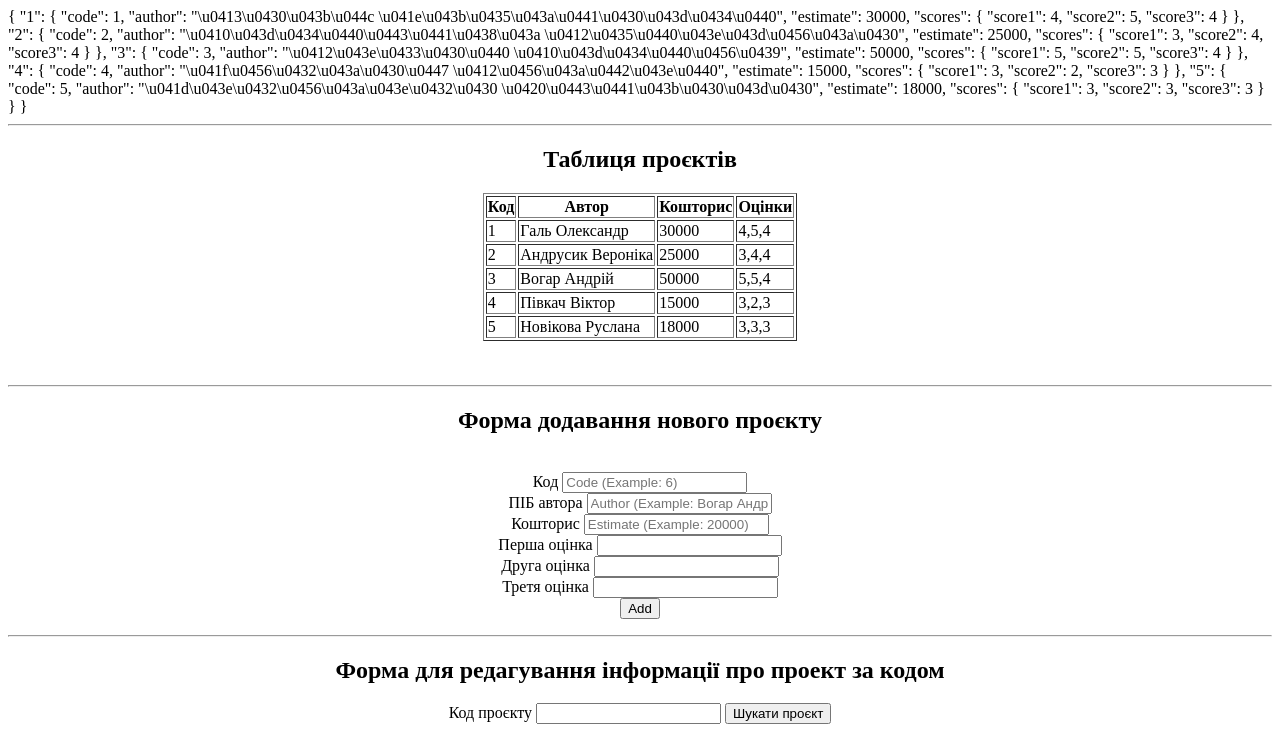
Repository: AndriyVohar/PHP-learn
Page: http://localhost/
The author's editor kept a copy of each file at every save. The page is drawn from the files as they stood at one save, then again after the next save.
The browser window is 1280 px wide. The pictures show the whole page.
The page is run by PHP 8.4 with error messages shown; the project is at /var/www/html/.

Above is the page before, as saved 2023-10-04 20:05:01.

### Lab-2/index.php
<?php
// $fp = fopen('projects-data.json','r');
// $projectsJSON = readfile('projects-data.json');
// var_dump($projectsJSON);
$projectsJSON = file_get_contents('projects-data.json');
$pr = json_decode($projectsJSON);
echo $projectsJSON;
$projects = [
    1=>[
        'code'=>1,
        'author'=>'Галь Олександр',
        'estimate'=>30000,
        'scores'=>[
            'score1'=>4,
            'score2'=>5,
            'score3'=>4,
        ],
    ],
    2=>[
        'code'=>2,
        'author'=>'Андрусик Вероніка',
        'estimate'=>25000,
        'scores'=>[
            'score1'=>3,
            'score2'=>4,
            'score3'=>4,
        ],
    ],
    3=>[
        'code'=>3,
        'author'=>'Вогар Андрій',
        'estimate'=>50000,
        'scores'=>[
            'score1'=>5,
            'score2'=>5,
            'score3'=>4,
        ],
    ],
    4=>[
        'code'=>4,
        'author'=>'Півкач Віктор',
        'estimate'=>15000,
        'scores'=>[
            'score1'=>3,
            'score2'=>2,
            'score3'=>3,
        ],
    ],
    5=>[
        'code'=>5,
        'author'=>'Новікова Руслана',
        'estimate'=>18000,
        'scores'=>[
            'score1'=>3,
            'score2'=>3,
            'score3'=>3,
        ],
    ],
];

// $fp = fopen('projects-data.json','w');
// fputs($fp,$projectJSON);
// fclose($fp);
$projectJSON = json_encode($projects);
file_put_contents('projects-data.json',$projectJSON);
//2. Вивести дані про об'єкти в таблицю.
include 'table.phtml';

//3. Підготувати функцію для вибору всіх елементів масиву, що відповідають запиту. Вивести їх в таблицю.
function filteredProjects($projects, $maxEstimate, $minSumScores){
    echo '
    <br><br>
    <h2>Відфільтрований список проектів</h2><br>
    <center>
    <table border="1">
        <tr>
        <th>Код</th>
        <th>Автор</th>
        <th>Кошторис</th>
        <th>Оцінки</th>
        </tr>
    ';
    foreach($projects as $project){
        if(($project['estimate']<=$maxEstimate)&&(($project['scores']['score1']+$project['scores']['score2']+$project['scores']['score3'])>=$minSumScores)){
            echo '<tr>
            <td>'.$project['code'].'</td>
            <td>'.$project['author'].'</td>
            <td>'.$project['estimate'].'</td>
            <td>'.$project['scores']['score1'].','
                .$project['scores']['score2'].','
                .$project['scores']['score3'].','.
            '</td>
            </tr>';
        }
    }
    echo '</table></center>';
}

// 4. Передбачити можливість передачі параметрів запиту через рядок стану (наприклад index.php?country=ukraine&min_age=18)
if(isset($_GET['max_estimate'])&&isset($_GET['min_sum_scores'])){
    $maxEstimate = intval($_GET['max_estimate']);
    $minSumScores = intval($_GET['min_sum_scores']);
    filteredProjects($projects,$maxEstimate,$minSumScores);
}

// 5. Створити форму для додавання нового об'єкту до масиву.
include 'form.phtml';
//Додавання об'єкту до масиву
if($_SERVER['REQUEST_METHOD']==='POST'&&isset($_POST['code'])){
    $code = $_POST['code'];
    $author = $_POST['author'];
    $estimate = $_POST['estimate'];
    $scores = $_POST['scores'];

    $projects[(int)$code] = [
        'code'=>$code,
        'author'=>$author,
        'estimate'=>$estimate,
        'scores'=>$scores,
    ];

    include 'table.phtml';
}

// 6. Створити форму редагування даних про об'єкт.
include 'form_change.phtml';
// 7. Перед редагуванням здійснити валідацію даних (ПІБ не може бути порожнім рядком, заробітна плата повинна бути невід'ємним числом, тощо).
if ($_SERVER["REQUEST_METHOD"] === "POST" && isset($_POST["edit-code"])) {
    $editCode = $_POST["edit-code"];
    $projectToEdit = $projects[(int)$editCode];

    if($projectToEdit){
        ?>
        <center>
        <form method="POST">
            <input type="hidden" name="edit-code" value="<?=$editCode; ?>">
            <label>
                ПІБ автора
                <input name="edit-author" type="text" id="edit-author" value="<?= $projectToEdit['author'];?>">
            </label><br>
            <label>
                Кошторис
                <input name="edit-estimate" type="number" id="edit-estimate" value="<?= $projectToEdit['estimate'];?>">
            </label><br>
            <label>
                Перша оцінка
                <input name="edit-score1" type="number" id="edit-score1" value="<?= $projectToEdit['scores']['score1'];?>">
            </label><br>
            <label>
                Друга оцінка
                <input name="edit-score2" type="number" id="edit-score2" value="<?= $projectToEdit['scores']['score2'];?>">
            </label><br>
            <label>
                Третя оцінка
                <input name="edit-score3" type="number" id="edit-score3" value="<?= $projectToEdit['scores']['score3'];?>">
            </label><br>
            <button name="change-project" type="submit">Змінити дані</button>
        </form>
        </center>
        <?php

        //Валідація даних, а після цього запис у масив проектів
        if($_SERVER["REQUEST_METHOD"]==="POST"&&isset($_POST["edit-author"])){
            $editAuthor = $_POST["edit-author"];
            $editEstimate = $_POST["edit-estimate"];
            $editScore1=$_POST["edit-score1"];
            $editScore2=$_POST["edit-score2"];
            $editScore3=$_POST["edit-score3"];
            if($editAuthor===''||(int)$editEstimate<0||(int)$editScore1<0||(int)$editScore2<0||(int)$editScore3<0){
                return false;
            }
            $projects[(int)$editCode] = [
                'code'=>$editCode,
                'author'=>$editAuthor,
                'estimate'=>$editEstimate,
                'scores'=>[
                    'score1'=>$editScore1,
                    'score2'=>$editScore2,
                    'score3'=>$editScore3,
                ],
            ];
            include 'table.phtml';
        }
    }
}

### Lab-2/projects-data.json
{
	"1":
	{
		"code": 1,
		"author": "\u0413\u0430\u043b\u044c \u041e\u043b\u0435\u043a\u0441\u0430\u043d\u0434\u0440",
		"estimate": 30000,
		"scores":
		{
			"score1": 4,
			"score2": 5,
			"score3": 4
		}
	},
	"2":
	{
		"code": 2,
		"author": "\u0410\u043d\u0434\u0440\u0443\u0441\u0438\u043a \u0412\u0435\u0440\u043e\u043d\u0456\u043a\u0430",
		"estimate": 25000,
		"scores":
		{
			"score1": 3,
			"score2": 4,
			"score3": 4
		}
	},
	"3":
	{
		"code": 3,
		"author": "\u0412\u043e\u0433\u0430\u0440 \u0410\u043d\u0434\u0440\u0456\u0439",
		"estimate": 50000,
		"scores":
		{
			"score1": 5,
			"score2": 5,
			"score3": 4
		}
	},
	"4":
	{
		"code": 4,
		"author": "\u041f\u0456\u0432\u043a\u0430\u0447 \u0412\u0456\u043a\u0442\u043e\u0440",
		"estimate": 15000,
		"scores":
		{
			"score1": 3,
			"score2": 2,
			"score3": 3
		}
	},
	"5":
	{
		"code": 5,
		"author": "\u041d\u043e\u0432\u0456\u043a\u043e\u0432\u0430 \u0420\u0443\u0441\u043b\u0430\u043d\u0430",
		"estimate": 18000,
		"scores":
		{
			"score1": 3,
			"score2": 3,
			"score3": 3
		}
	}
}

### Lab-2/table.phtml
<?php
/** @var array $projects */
$projects;
?>

<hr>
<center>
<h2>Таблиця проєктів</h2>
<table border="1">
    <tr>
        <th>Код</th>
        <th>Автор</th>
        <th>Кошторис</th>
        <th>Оцінки</th>
    </tr>
    <?php foreach ($projects as $project): ?>
    <tr>
        <td><?= $project['code']; ?></td>
        <td><?= $project['author']; ?></td>
        <td><?= $project['estimate']; ?></td>
        <td><?= implode(',',$project['scores']); ?></td>
    </tr>
    <?php endforeach;?>
</table>
</center>

### Lab-2/form.phtml
<br><br>
<hr>
<center>
<h2>Форма додавання нового проєкту</h2><br>
<form method="POST">
    <label>
        Код
        <input type="number" id="code" name="code" placeholder="Code (Example: 6)">
    </label><br>
    <label>
        ПІБ автора
        <input type="text" id="author" name="author" placeholder="Author (Example: Вогар Андрій)">
    </label><br>
    <label>
        Кошторис
        <input type="number" id="estimate" name="estimate" placeholder="Estimate (Example: 20000)">
    </label><br>
    <label>
        Перша оцінка
        <input type="number" id="score1" name="scores[score1]">
    </label><br>
    <label>
        Друга оцінка
        <input type="number" id="score2" name="scores[score2]">
    </label><br>
    <label>
        Третя оцінка
        <input type="number" id="score3" name="scores[score3]">
    </label><br>
    <button type="submit">Add</button>
</form>
</center>

### Lab-2/form_change.phtml
<center>
<form method="POST">
    <hr>
    <h2>Форма для редагування інформації про проект за кодом</h2>

    <label>
        Код проєкту
        <input name="edit-code" type="text" id="edit-code">
    </label>
    <button type="submit">Шукати проєкт</button>
</form>
</center>

After the next save:
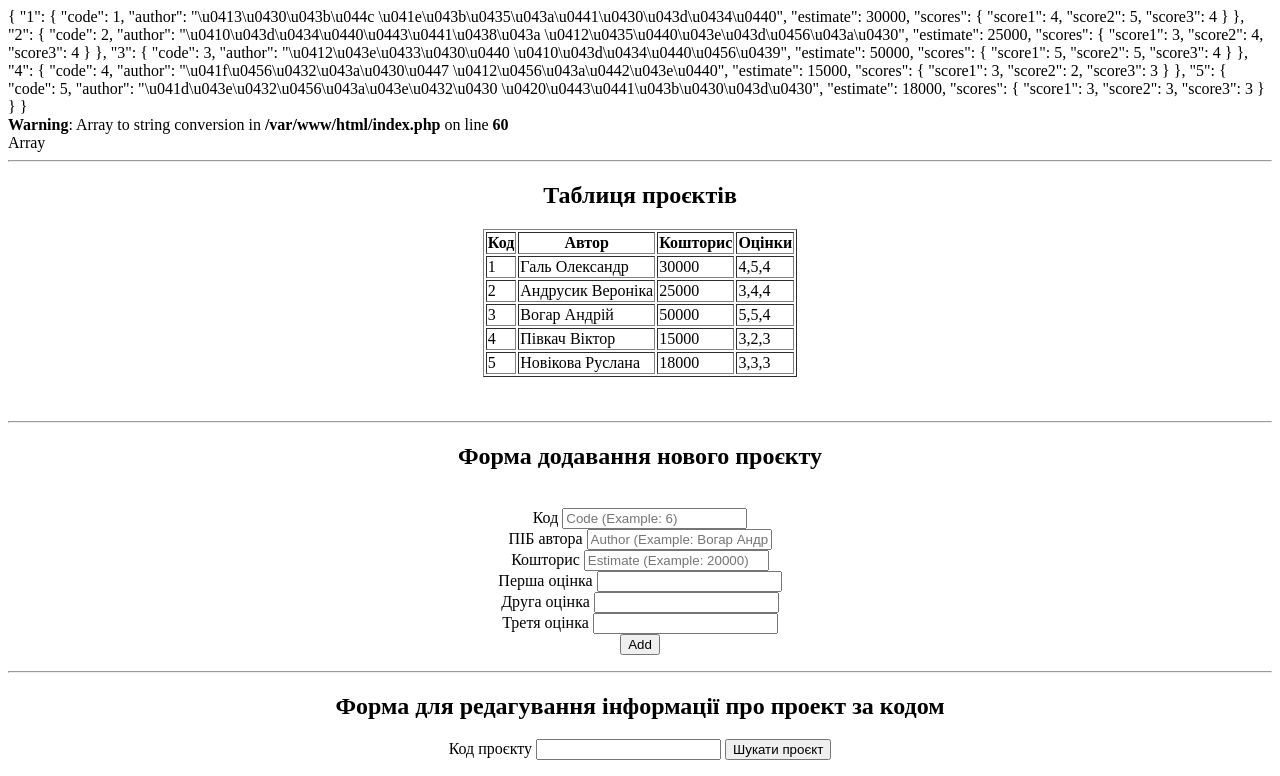
Saved 31 s later.
--- a/Lab-2/index.php
+++ b/Lab-2/index.php
@@ -57,7 +57,7 @@
         ],
     ],
 ];
-
+echo $projects;
 // $fp = fopen('projects-data.json','w');
 // fputs($fp,$projectJSON);
 // fclose($fp);

After the save that followed:
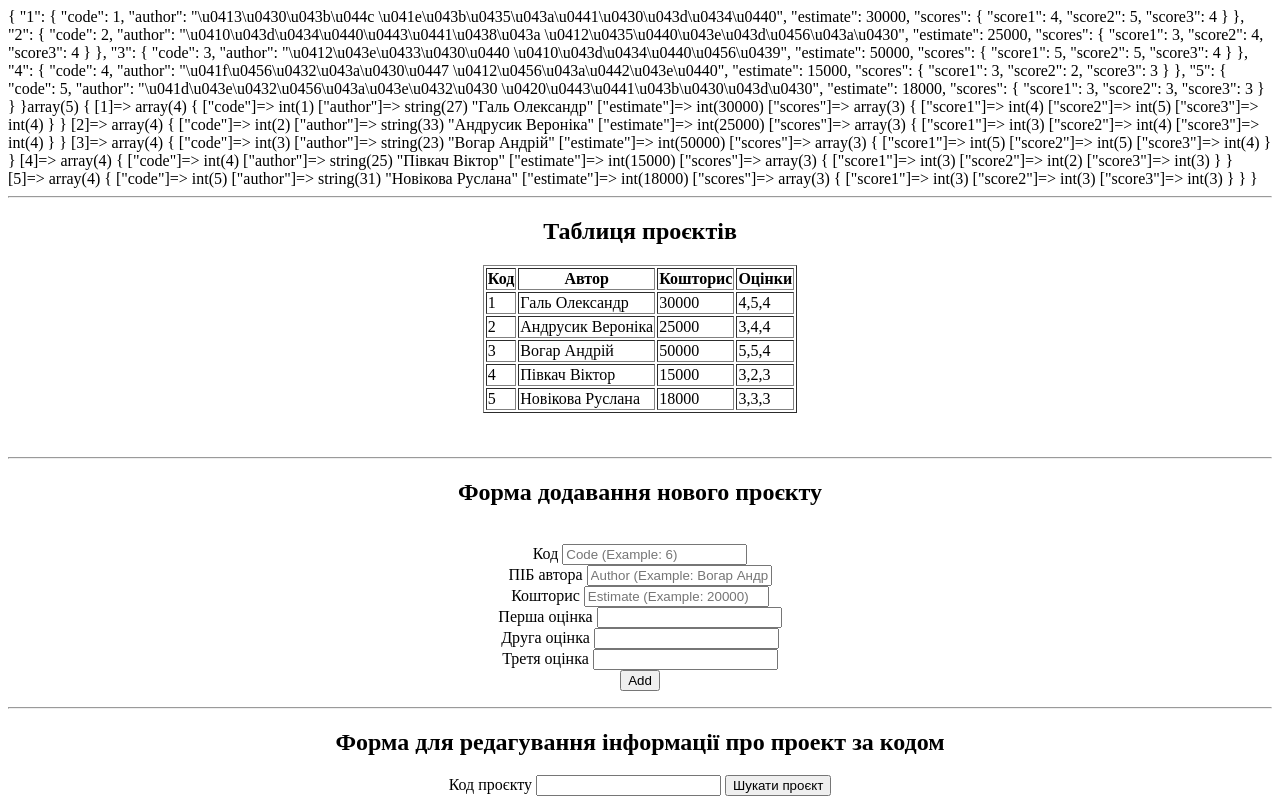
Saved 36 s later.
--- a/Lab-2/index.php
+++ b/Lab-2/index.php
@@ -57,7 +57,7 @@
         ],
     ],
 ];
-echo $projects;
+var_dump($projects);
 // $fp = fopen('projects-data.json','w');
 // fputs($fp,$projectJSON);
 // fclose($fp);
